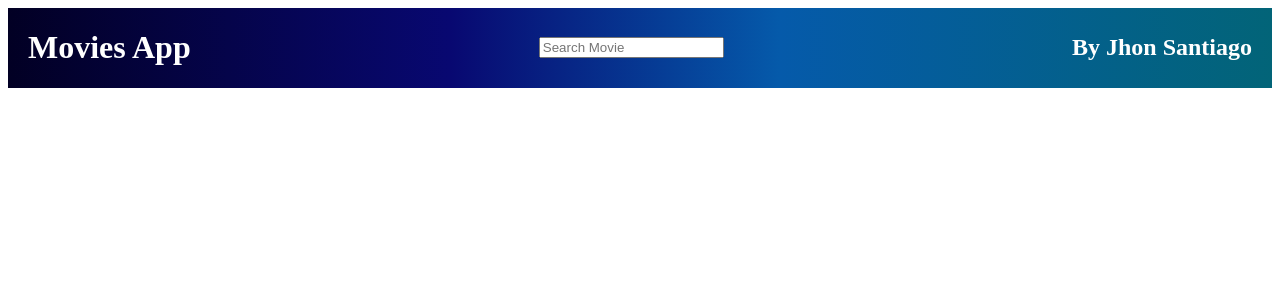
Repository: jhonenmanuel1/movies-get-info-fetch
Page: /
These files come from the project's save history. The page is drawn as it stood at one moment and after the next save; the edit follows.
The browser window is 1280 px wide. The pictures show the whole page.
The page's requests for data from a server got no answer. The project was rebuilt for these pictures with package versions that can differ from the ones it lists, and the page was loaded fresh each time. No one was signed in, and anything a server would have sent is missing. Also part of the build but not shown: src/App.css.

Above is the page before, as saved 2022-06-15 22:20:31.

After the next save:
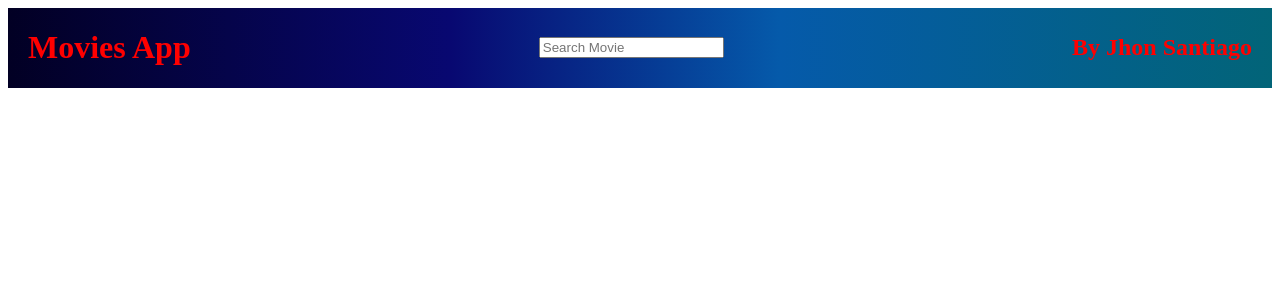
Saved 11 s later.
--- a/src/styles/MovieHeader.css
+++ b/src/styles/MovieHeader.css
@@ -19,4 +19,5 @@
 }
 .text-title {
     text-decoration: none;
+    color: red;
 }

After the save that followed:
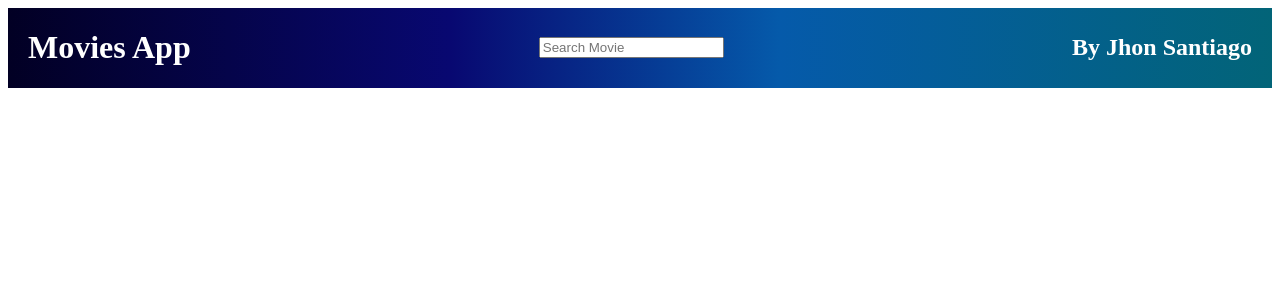
Saved 21 s later.
--- a/src/styles/MovieHeader.css
+++ b/src/styles/MovieHeader.css
@@ -19,5 +19,5 @@
 }
 .text-title {
     text-decoration: none;
-    color: red;
+    font-size: 200;
 }
